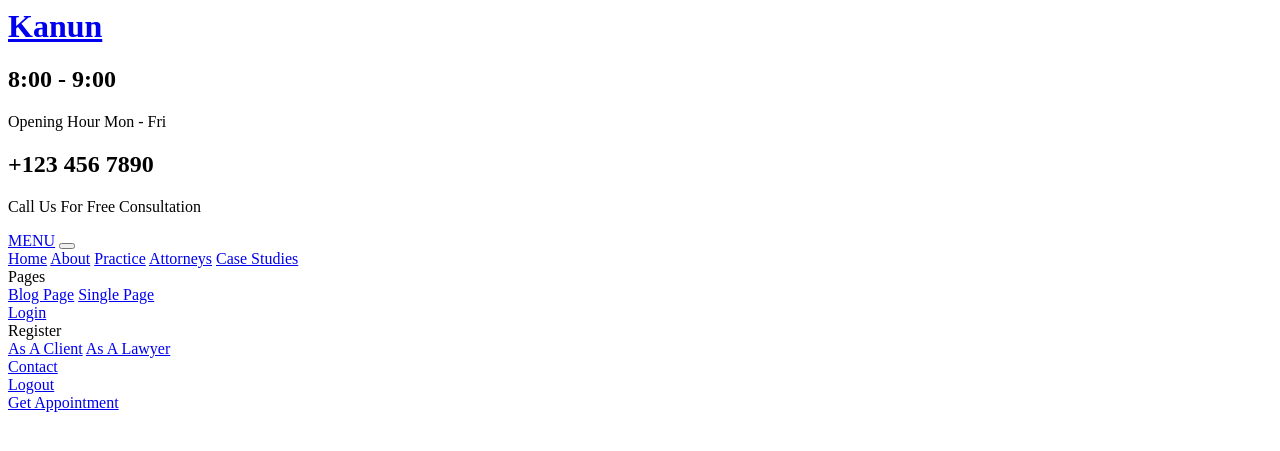
Repository: yuvrajSinghCohuhan/CollegeProject
Page: http://localhost/LeagleAllay-1/views/header.jsp
An editor plug-in stored every save of this project. The page is shown before and after the next save, followed by the edit.
The browser window is 1280 px wide. The pictures show the whole page.
The page is served by Tomcat 10. Other server files are loaded and not shown.

Above is the page before, as saved 2025-04-14 09:37:44.

### LeagleAllay-1/src/main/webapp/views/header.jsp
<%@ page language="java" contentType="text/html; charset=UTF-8" pageEncoding="UTF-8"%>

<!-- Top Bar Start -->
<div class="top-bar">
    <div class="container-fluid">
        <div class="row">
            <div class="col-lg-3">
                <div class="logo">
                    <a href="/user/home">
                        <h1>Kanun</h1>
                    </a>
                </div>
            </div>
            <div class="col-lg-9">
                <div class="top-bar-right">
                    <div class="text">
                        <h2>8:00 - 9:00</h2>
                        <p>Opening Hour Mon - Fri</p>
                    </div>
                    <div class="text">
                        <h2>+123 456 7890</h2>
                        <p>Call Us For Free Consultation</p>
                    </div>
                    <div class="social">
                        <a href="#"><i class="fab fa-twitter"></i></a>
                        <a href="#"><i class="fab fa-facebook-f"></i></a>
                        <a href="#"><i class="fab fa-linkedin-in"></i></a>
                        <a href="#"><i class="fab fa-instagram"></i></a>
                    </div>
                </div>
            </div>
        </div>
    </div>
</div>
<!-- Top Bar End -->

<!-- Nav Bar Start -->
<div class="nav-bar">
    <div class="container-fluid">
        <nav class="navbar navbar-expand-lg bg-dark navbar-dark">
            <a href="#" class="navbar-brand">MENU</a>
            <button type="button" class="navbar-toggler" data-toggle="collapse" data-target="#navbarCollapse">
                <span class="navbar-toggler-icon"></span>
            </button>

            <div class="collapse navbar-collapse justify-content-between" id="navbarCollapse">
                <div class="navbar-nav mr-auto">
                    <a href="/user/home" class="nav-item nav-link active">Home</a>
                    <a href="/user/about" class="nav-item nav-link">About</a>
                    <a href="/user/service" class="nav-item nav-link">Practice</a>
                    <a href="/user/team" class="nav-item nav-link">Attorneys</a>
                    <a href="/user/portfolio" class="nav-item nav-link">Case Studies</a>
                    <%
                    String email = (String)session.getAttribute("email");
                    if (email != null) { %>
                    <a class="nav-item nav-link" href="/user/dashboard">Dashboard</a>
                <%} %>
                    <div class="nav-item dropdown">
                        <a class="nav-link dropdown-toggle" data-toggle="dropdown">Pages</a>
                        <div class="dropdown-menu">
                            <a href="/user/blog" class="dropdown-item">Blog Page</a>
                            <a href="/user/single" class="dropdown-item">Single Page</a>
                        </div>
                    </div>
                    <a href="/user/login" class="nav-item nav-link">Login</a>

                    <div class="nav-item dropdown">
                        <a class="nav-link dropdown-toggle" data-toggle="dropdown">Register</a>
                        <div class="dropdown-menu">
                            <a href="/user/clientRegister" class="dropdown-item">As A Client</a>
                            <a href="/user/lawyerRegister" class="dropdown-item">As A Lawyer</a>
                        </div>
                    </div>
                    <a href="/user/contact" class="nav-item nav-link">Contact</a>
                </div>
                <div class="ml-auto">
                    <a class="btn btn-danger" href="/user/logout">Logout</a>
                </div>
                <div class="ml-auto">
                    <a class="btn btn-primary" href="/user/appointment">Get Appointment</a>
                </div>
            </div>
        </nav>
    </div>
</div>
<!-- Nav Bar End -->

After the next save:
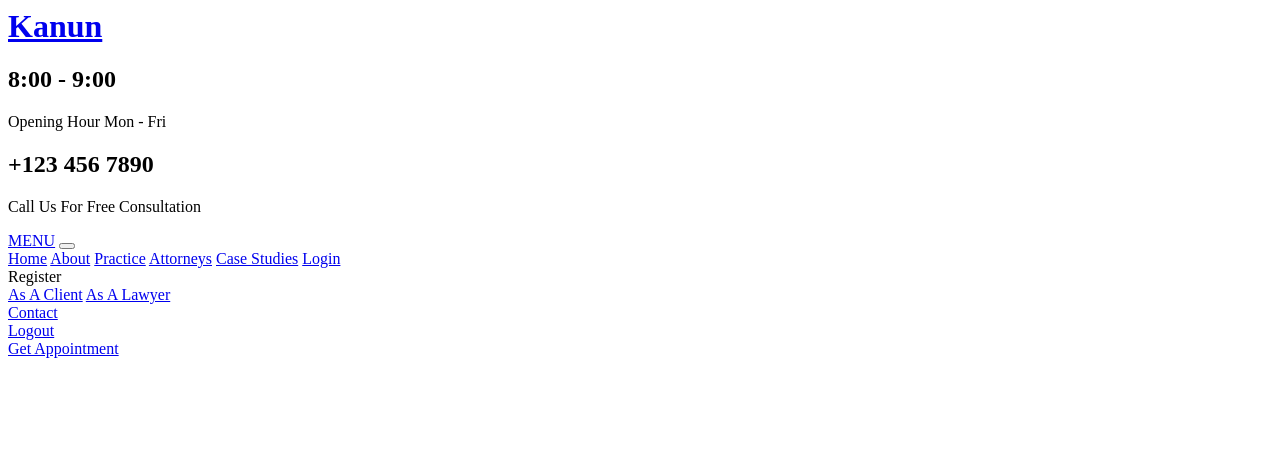
Saved 76 s later.
--- a/LeagleAllay-1/src/main/webapp/views/header.jsp
+++ b/LeagleAllay-1/src/main/webapp/views/header.jsp
@@ -55,13 +55,6 @@
                     if (email != null) { %>
                     <a class="nav-item nav-link" href="/user/dashboard">Dashboard</a>
                 <%} %>
-                    <div class="nav-item dropdown">
-                        <a class="nav-link dropdown-toggle" data-toggle="dropdown">Pages</a>
-                        <div class="dropdown-menu">
-                            <a href="/user/blog" class="dropdown-item">Blog Page</a>
-                            <a href="/user/single" class="dropdown-item">Single Page</a>
-                        </div>
-                    </div>
                     <a href="/user/login" class="nav-item nav-link">Login</a>
 
                     <div class="nav-item dropdown">
